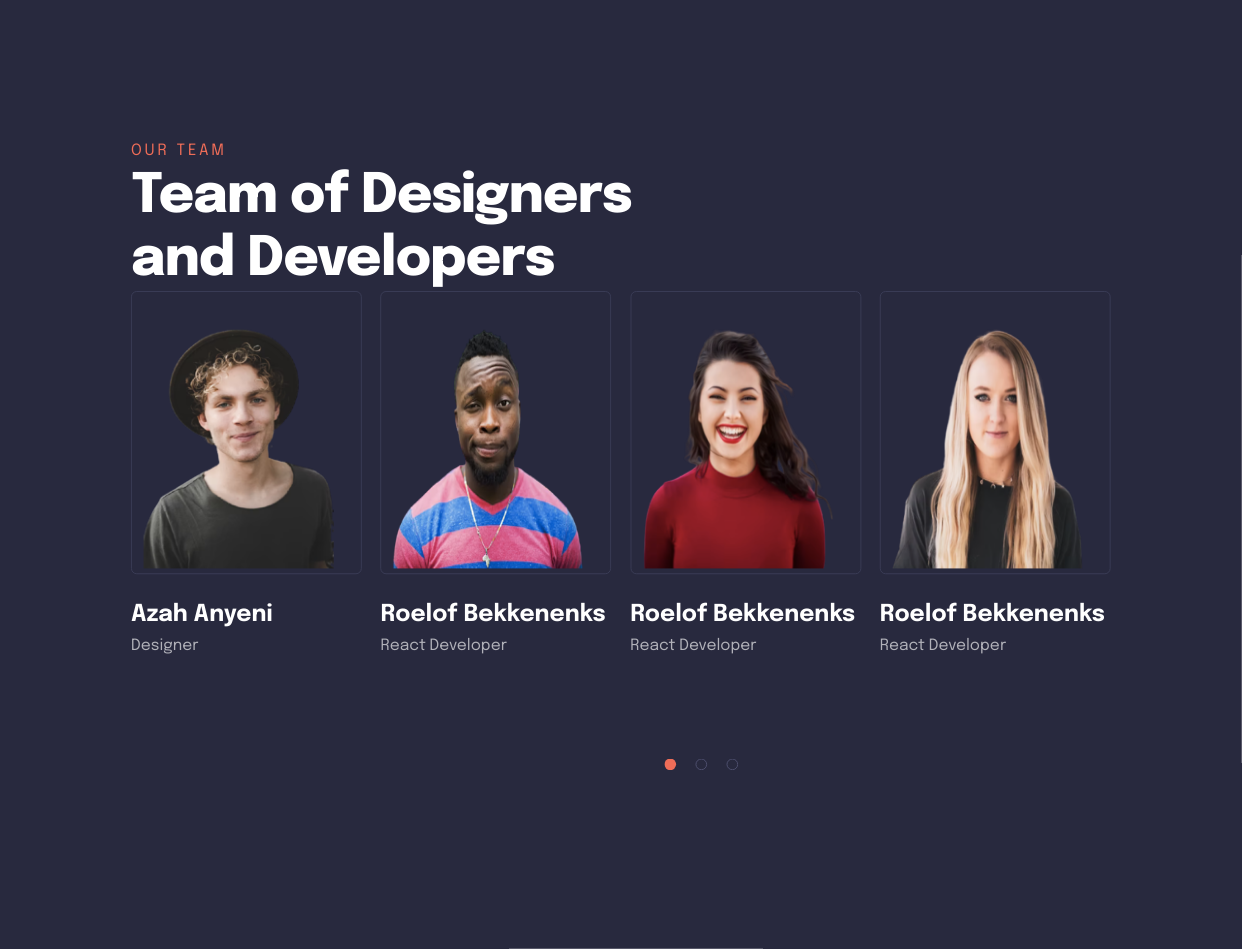
Repository: HeybetzadeQedim/task-6
Page: TEAM/index.html
An editor plug-in stored every save of this project. The page is shown before and after the next save, followed by the edit.
The browser window is 1280 px wide. The pictures show the whole page, at 97% of full size.

Above is the page before, as saved 2023-10-30 16:17:07.

After the next save:
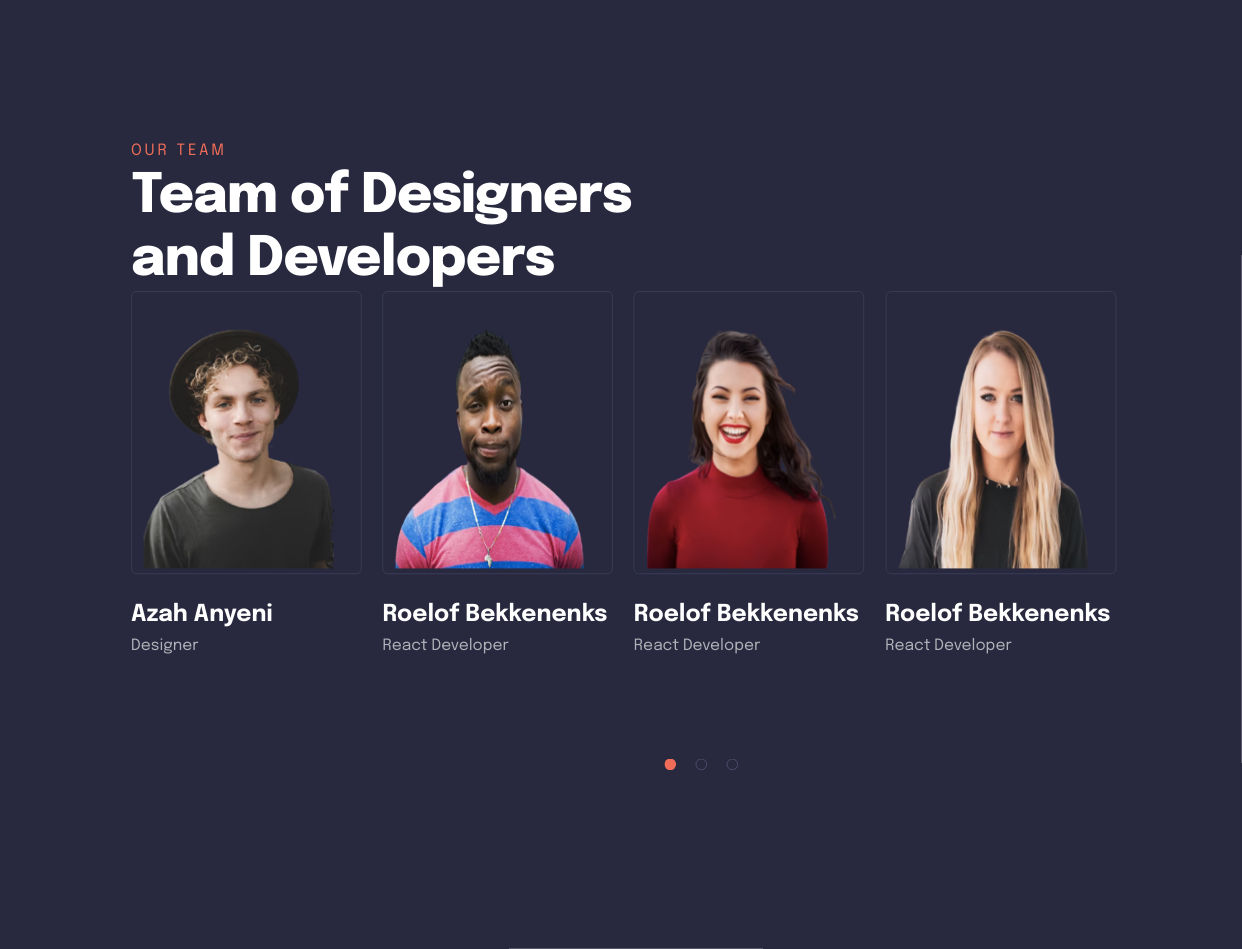
Saved 10 s later.
--- a/TEAM/index.css
+++ b/TEAM/index.css
@@ -49,7 +49,7 @@
   height: 247px;
 } */
 .box-1{
-  width: ;
+  width: 23%;
 }
 .box-1 h4 {
   margin-top: 26px;

After the save that followed:
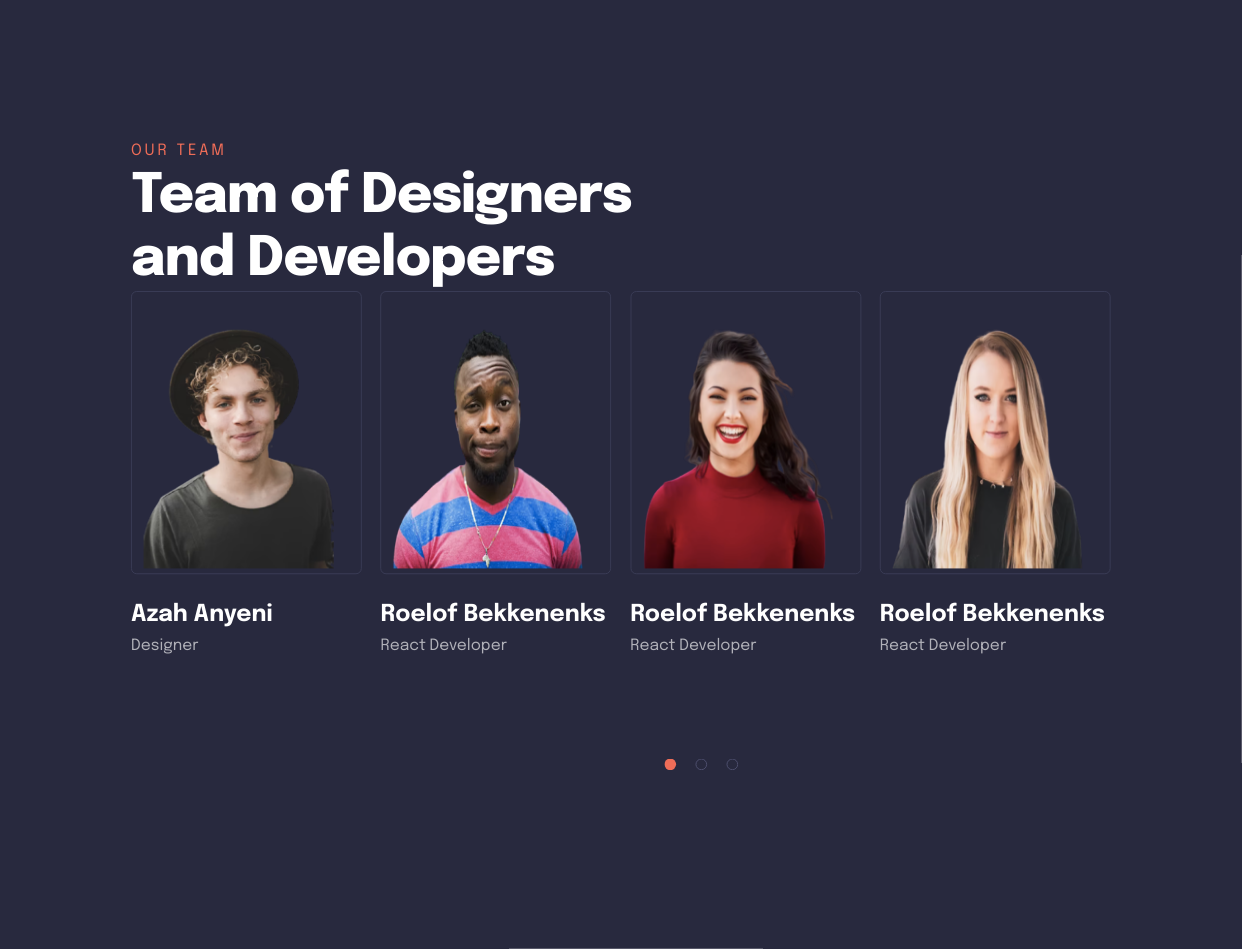
Saved 26 s later.
--- a/TEAM/index.css
+++ b/TEAM/index.css
@@ -48,9 +48,9 @@
   width: 196px;
   height: 247px;
 } */
-.box-1{
+/* .box-1{
   width: 23%;
-}
+} */
 .box-1 h4 {
   margin-top: 26px;
   color: var(--Text_Light, #fff);
